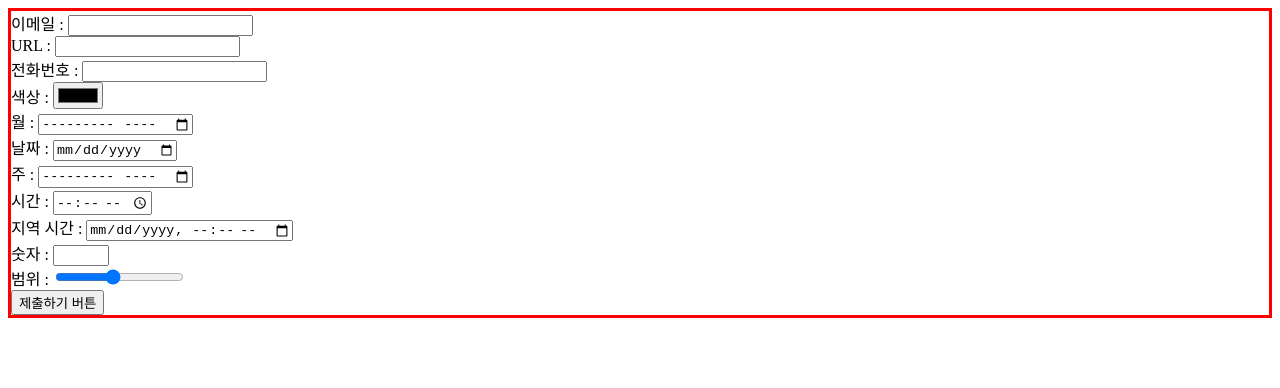
Repository: dhbaek2004/JSPex
Page: http://localhost/UX/InputForm.jsp
These files come from the project's save history. The page is drawn as it stood at one moment and after the next save; the edit follows.
The browser window is 1280 px wide. The pictures show the whole page.
The page is served by Tomcat 9.

Above is the page before, as saved 2020-08-26 14:54:09.

### Infrearn/UX/UX/WebContent/InputForm.jsp
<%@ page language="java" contentType="text/html; charset=EUC-KR"
    pageEncoding="EUC-KR"%>
<!DOCTYPE html>
<html>
<head>
<meta charset="EUC-KR">
<title>Insert title here</title>
</head>
<body>
	<form action="input.jsp" method="post">
		<div style="border:3px solid red;">
			이메일 : <input type="email" name="email"> <br>
			URL : <input type="url" name="url"> <br>
			전화번호 : <input type="tel" name="tel"> <br>
			색상 : <input type="color" name="color"> <br>
			월 : <input type="month" name="month"> <br>
			날짜 : <input type="date" name="date"> <br>
			주 : <input type="month" name="week"> <br>
			시간 : <input type="time" name="time"> <br>
			지역 시간 : <input type="datetime-local" name="localdatetime"> <br>
			숫자 : <input type="number" name="number" min="1" max="10" step="2"> <br>
			범위 : <input type="range" name="range" min="1" max="10" step="2"> <br>

			<input type="submit" value="제출하기 버튼" name="button1">
		</div>


	</form>

</body>
</html>

After the next save:
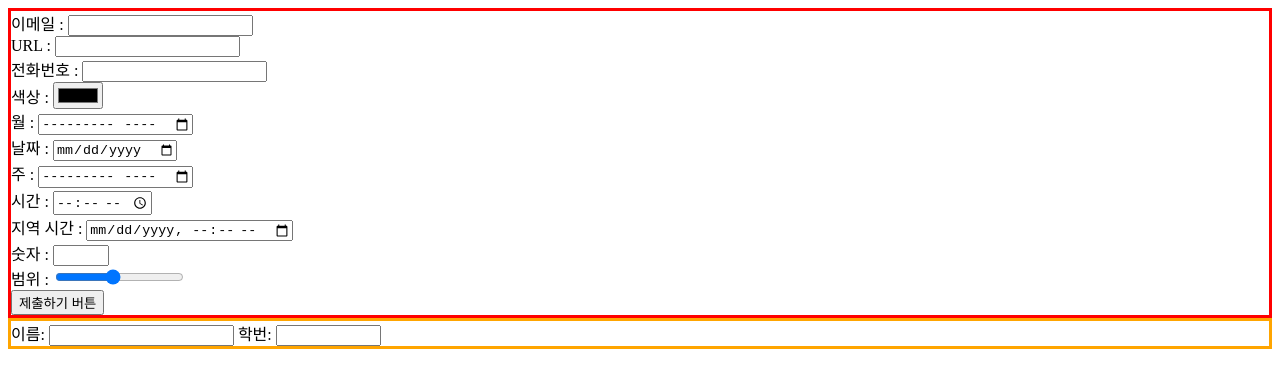
Saved 84 s later.
--- a/Infrearn/UX/UX/WebContent/InputForm.jsp
+++ b/Infrearn/UX/UX/WebContent/InputForm.jsp
@@ -24,6 +24,12 @@
 			<input type="submit" value="제출하기 버튼" name="button1">
 		</div>
 
+		<div style="border:3px solid orange;">
+			이름: <input type="text" name="name">
+			학번: <input type="text" name="number" size="10">
+
+		</div>
+
 
 	</form>
 
